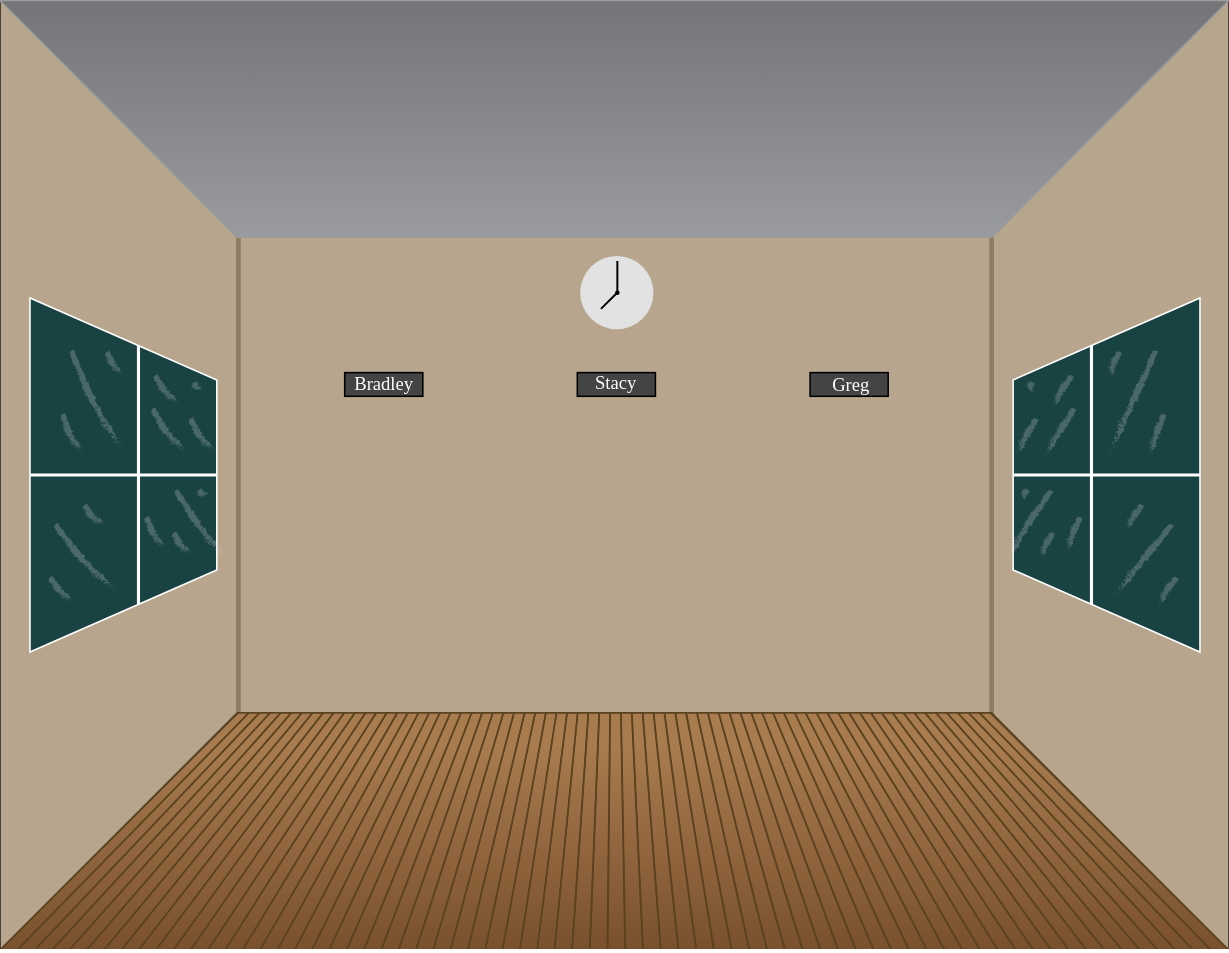
Repository: dnguyen130/HelpAHomieV3
Page: index.html
The author's editor kept a copy of each file at every save. The page is drawn from the files as they stood at one save, then again after the next save.
The browser window is 1280 px wide. The pictures show the whole page, at 96% of full size.

Above is the page before, as saved 2021-03-09 19:53:19.

After the next save:
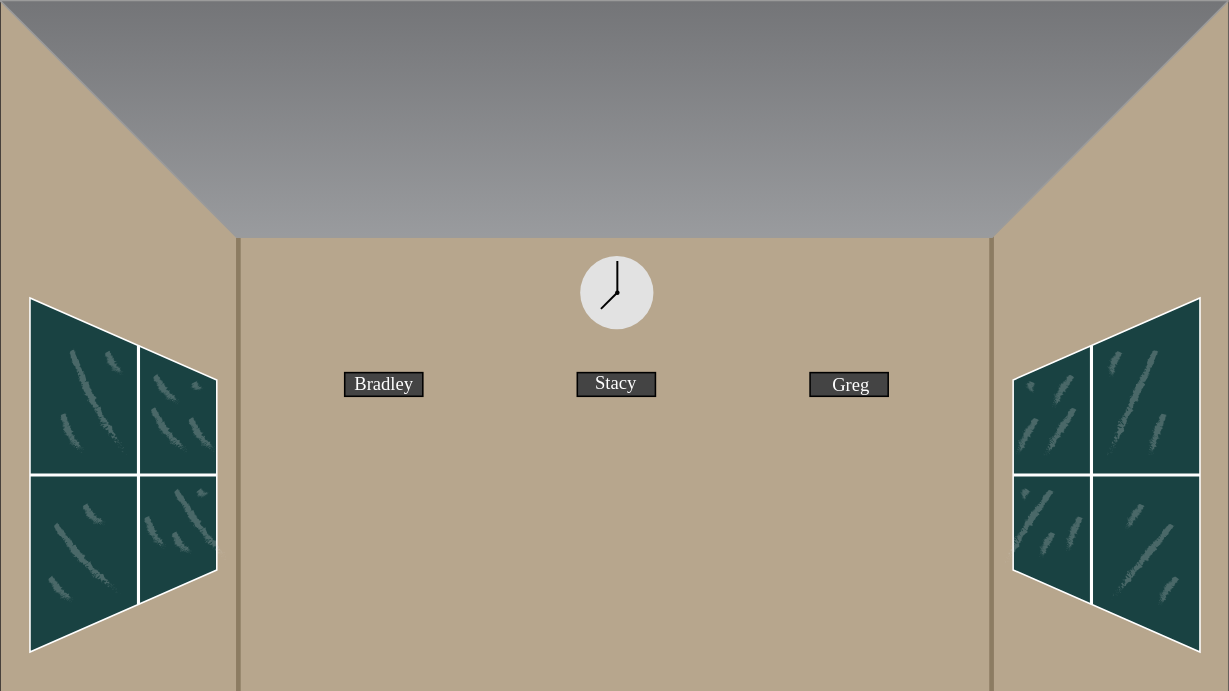
Saved 5 s later.
--- a/comps/Background/index.js
+++ b/comps/Background/index.js
@@ -5,8 +5,8 @@
         "
             width: 100vw;
             height: 100vh;
-            object-fit: cover;
 
+            overflow: hidden;
         "
         >
             <img src="${image}"

After the 3 saves that followed:
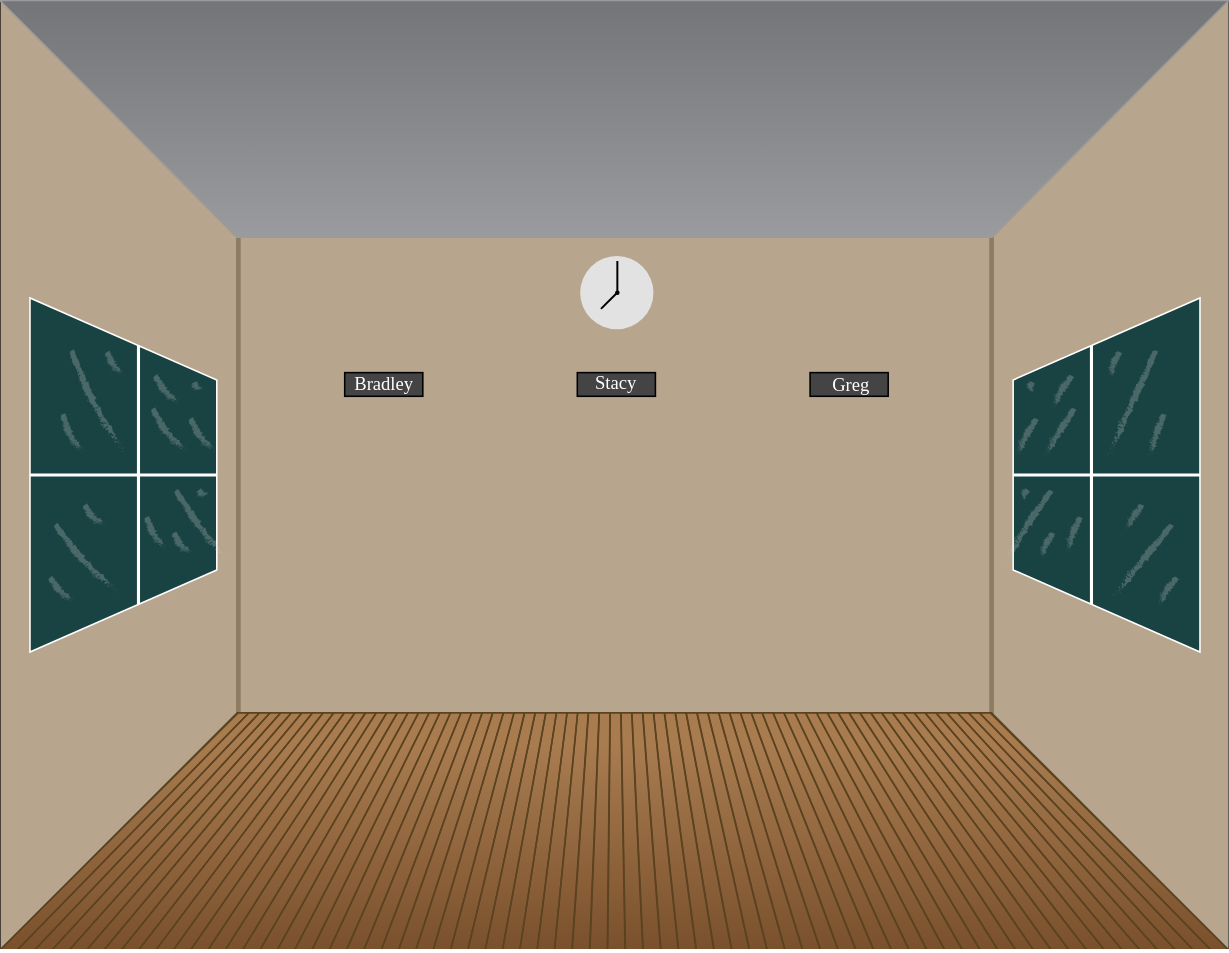
The 3 saves are shown as one change because 2 left the picture as it was.
The last was saved 35 s later.
--- a/comps/Background/index.js
+++ b/comps/Background/index.js
@@ -3,8 +3,7 @@
     return `
         <div style=
         "
-            width: 100vw;
-            height: 100vh;
+
 
             overflow: hidden;
         "
